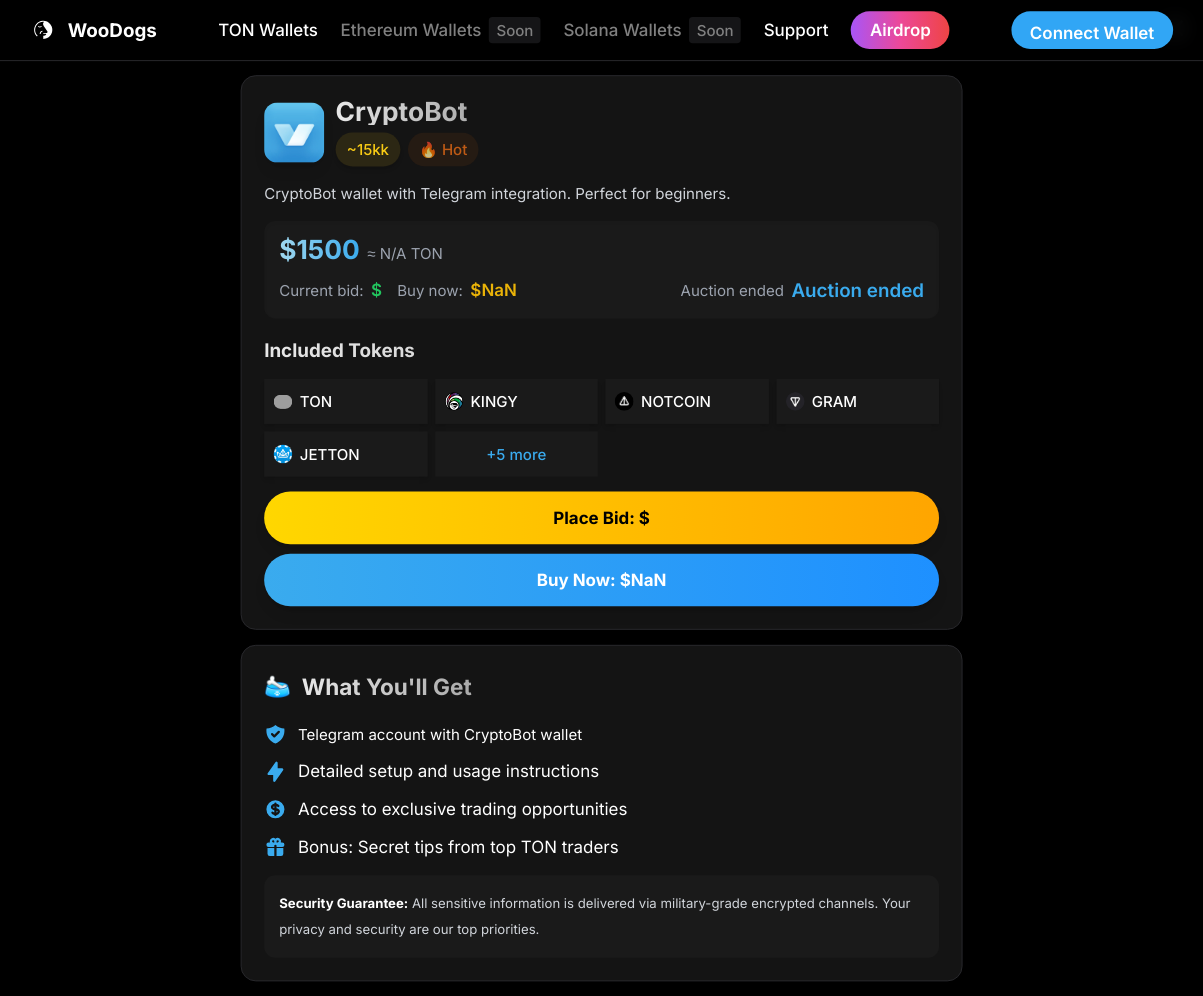
Repository: itititi/woofdogs_off
Page: /wallet/cryptobot-1
An editor plug-in stored every save of this project. The page is shown before and after the next save, followed by the edit.
The browser window is 1280 px wide. The pictures show the whole page, at 94% of full size.
Pictures or frames that could not be fetched are drawn as grey boxes. The page's requests for data from a server got no answer. The project was rebuilt for these pictures with package versions that can differ from the ones it lists, and the page was loaded fresh each time. The framework's server and built-in components were replaced by stand-ins that run in the browser. No one was signed in, and anything a server would have sent is missing. Also part of the build but not shown: next.config.mjs.

Above is the page before, as saved 2024-10-30 23:34:00.

After the next save:
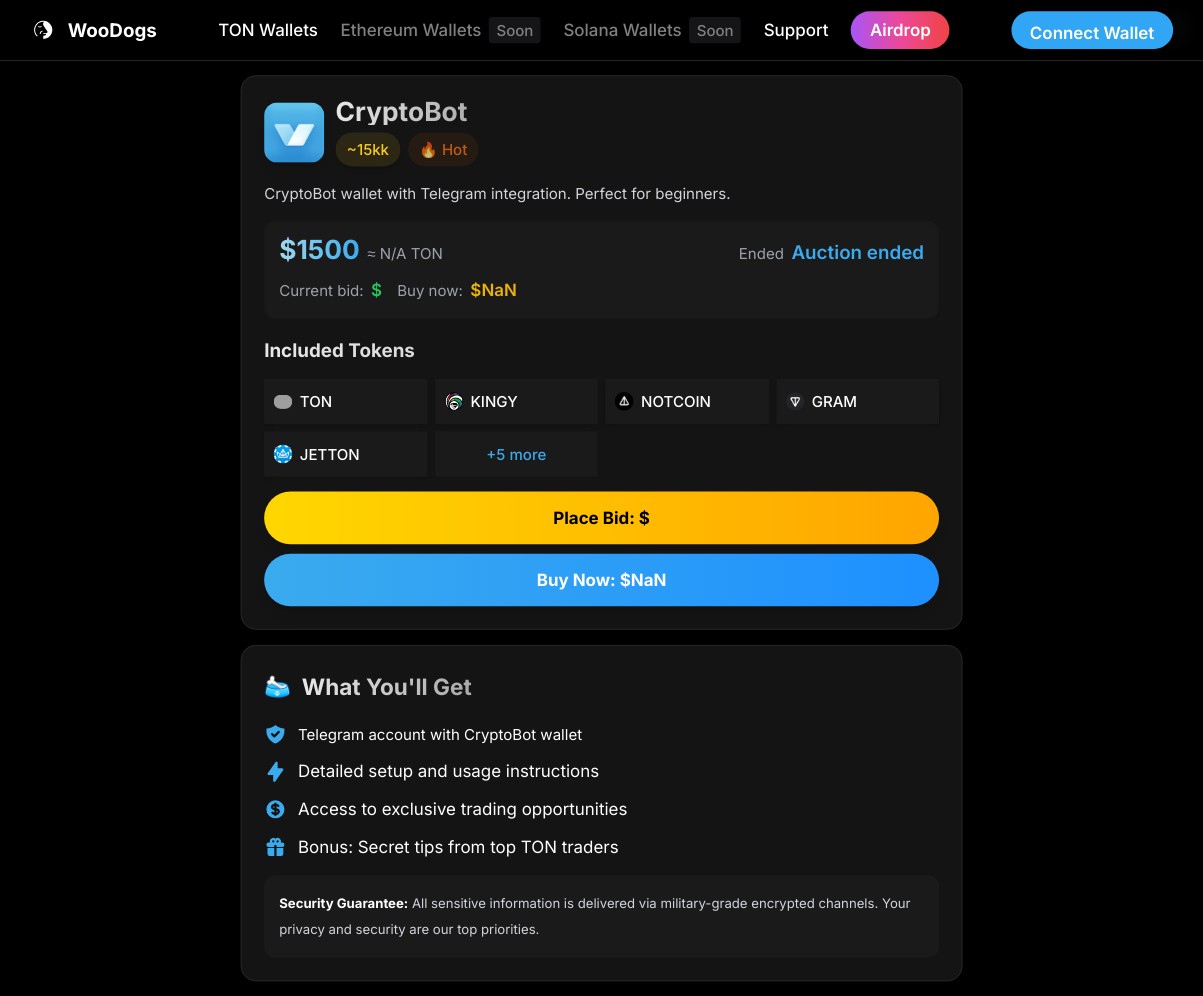
Saved 78 s later.
--- a/src/app/wallet/[id]/page.tsx
+++ b/src/app/wallet/[id]/page.tsx
@@ -159,32 +159,32 @@
             {/* Price section */}
             <div className="bg-[#1A1A1A] rounded-xl p-4 mb-4 shadow-inner">
               <div className="flex flex-col gap-3">
-                <div className="flex items-baseline">
-                  <span className="text-[28px] font-bold bg-gradient-to-r from-[#A0D8EF] to-[#3AABEE] text-transparent bg-clip-text">
-                    ${wallet.priceUSD}
-                  </span>
-                  <span className="text-[16px] text-gray-400 ml-2">
-                    ≈ {tonAmount} TON
-                  </span>
-                </div>
-                <div className="flex items-center justify-between">
-                  <div className="flex items-center gap-4">
-                    <div>
-                      <span className="text-[16px] text-gray-400">Current bid:</span>
-                      <span className="text-[18px] font-semibold text-green-500 ml-2">${wallet.auctionPriceUSD}</span>
-                    </div>
-                    <div>
-                      <span className="text-[16px] text-gray-400">Buy now:</span>
-                      <span className="text-[18px] font-semibold text-yellow-500 ml-2">${buyNowPrice}</span>
-                    </div>
+                <div className="flex items-baseline justify-between">
+                  <div className="flex items-baseline">
+                    <span className="text-[28px] font-bold bg-gradient-to-r from-[#A0D8EF] to-[#3AABEE] text-transparent bg-clip-text">
+                      ${wallet.priceUSD}
+                    </span>
+                    <span className="text-[16px] text-gray-400 ml-2">
+                      ≈ {tonAmount} TON
+                    </span>
                   </div>
                   <div className="flex items-center">
                     <span className="text-[16px] text-gray-400 mr-2">
-                      {isAuctionEnded ? 'Auction ended' : 'Ends in:'}
+                      {isAuctionEnded ? 'Ended' : 'Ends in:'}
                     </span>
                     <span className="text-[20px] font-semibold text-[#3AABEE]">
                       {timeLeft}
                     </span>
+                  </div>
+                </div>
+                <div className="flex items-center gap-4">
+                  <div>
+                    <span className="text-[16px] text-gray-400">Current bid:</span>
+                    <span className="text-[18px] font-semibold text-green-500 ml-2">${wallet.auctionPriceUSD}</span>
+                  </div>
+                  <div>
+                    <span className="text-[16px] text-gray-400">Buy now:</span>
+                    <span className="text-[18px] font-semibold text-yellow-500 ml-2">${buyNowPrice}</span>
                   </div>
                 </div>
               </div>
